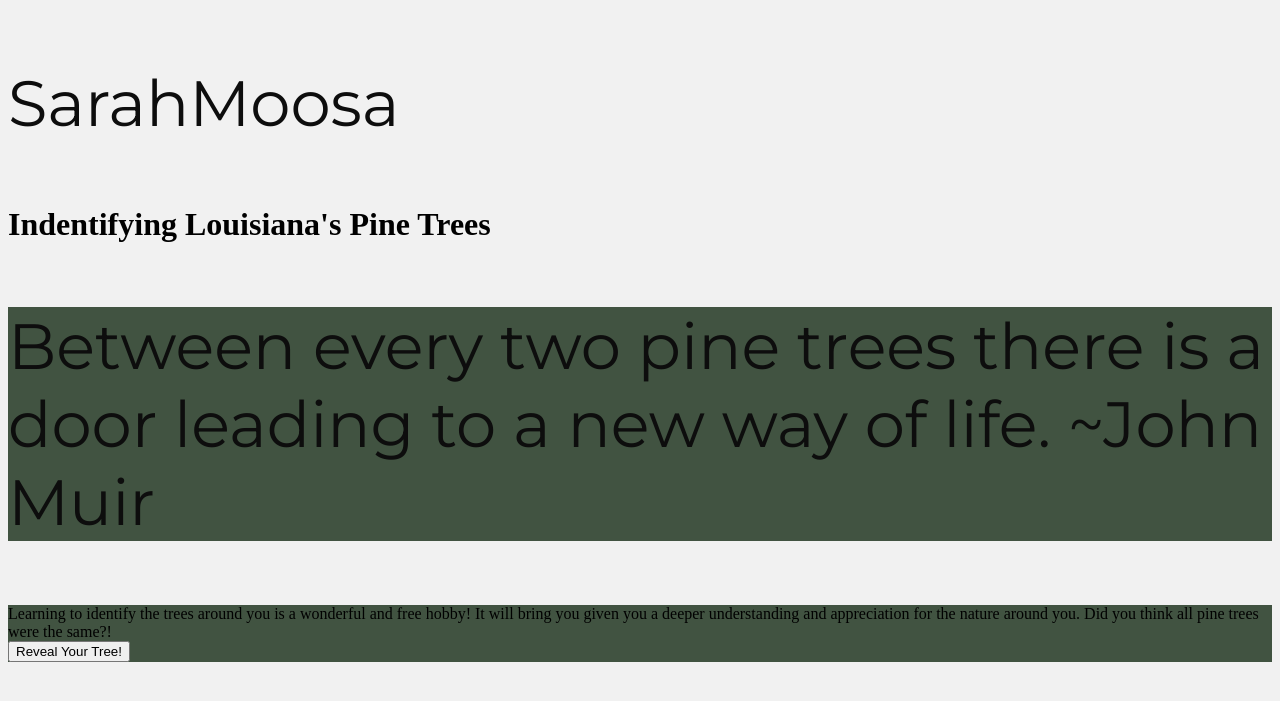
Repository: Sbethm/louisianaPineTrees
Page: pine_main.html
The author's editor kept a copy of each file at every save. The page is drawn from the files as they stood at one save, then again after the next save.
The browser window is 1280 px wide. The pictures show the whole page.
The style sheet was rebuilt from its Sass, Less or Tailwind sources for each picture, by a compiler version that may differ from the author's.

Above is the page before, as saved 2021-09-16 11:28:42.
Not found: CSS/img/forest-pine.jpg

### pine_main.html
<!DOCTYPE html>
<html lang="en">
<head>
    <meta charset="UTF-8">
    <meta http-equiv="X-UA-Compatible" content="IE=edge">
    <meta name="viewport" content="width=device-width, initial-scale=1.0">
    <link rel="preconnect" href="https://fonts.googleapis.com">
    <link rel="preconnect" href="https://fonts.gstatic.com" crossorigin>
    <link href="https://fonts.googleapis.com/css2?family=Architects+Daughter&family=Montserrat:ital,wght@0,400;0,500;0,700;1,400;1,500;1,700&display=swap" rel="stylesheet">
    <!--
        headerFont: 'Architects Daughter', cursive;
        mainFont: 'Montserrat', sans-serif;
    -->
    <link rel="stylesheet" href="./CSS/main.css">
    <title>Louisiana Pine Trees</title>
</head>
<body>
    <header>
        <p>SarahMoosa</p>
    </header>
    <main>
        <h1>Indentifying Louisiana's Pine Trees</h1>
        <div class="intro-container container">
            <p class="float-right quote">Between every two pine trees there is a door leading to a new way of life. ~John Muir</p>
        </div>
        <div class="questions-container container">
            <div class="bg-image call-to-action">Learning to identify the trees around you is a wonderful and free hobby! It will bring you given you a deeper understanding and appreciation for the nature around you. Did you think all pine trees were the same?!</div>
            <section class="question-block">
                <div class="question"></div>
            </section>
            <section class="question-block">
                <div class="question"></div>
            </section>
            <section class="question-block">
                <div class="question"></div>
            </section>
            <section class="question-block">
                <div class="question"></div>
            </section>
            <section class="question-block">
                <div class="question"></div>
            </section>
            <div class="results-btn btn">
                <button>Reveal Your Tree!</button>
            </div>
            <div class="results"></div>
        </div>
    </main>
</body>

### src/scss/main.scss
@import "./variables";


//GLOBAL STYLES
body {
    background-color: #f1f1f1;
}

h1
h2 {
    font-family: $headerFont;
}

p {
    font-family: $mainFont;
    font-size: clamp(1rem, 5vw, 4rem);
    color: $acColorDr;
}

.container {
    background-color: $mainColor;
}

.intro-container {
    background-image: url(./img/forest-pine.jpg);
}
//This code was used to cause grid items to over lap. It worked very well, but I think it is unnecessary and bulkier code than I need for the result that I want.
// .intro-container {
//     display: grid;
//     grid-template-columns: 50% 50%;
//     grid-auto-rows: 100%;

//     & img {
//         grid-column: 1/3;
//         grid-row: 1;
//         display: inline;
//         max-width: 100%;
//         z-index: 1;
//     }

//     & .quote {
//         grid-column: 2/3;
//         grid-row: 1;
//         align-self: center;
//         z-index: 9;
//     }
// }

### src/scss/_variables.scss
//COLORS
$mainColor: hsl(120, 12%, 29%);
$acColorLi: hsl(0, 0%, 29%);
$acColorDr: hsl(0, 0%, 5%);

//FONTS
$headerFont: 'Architects Daughter', cursive;
$mainFont: 'Montserrat', sans-serif;

After the next save:
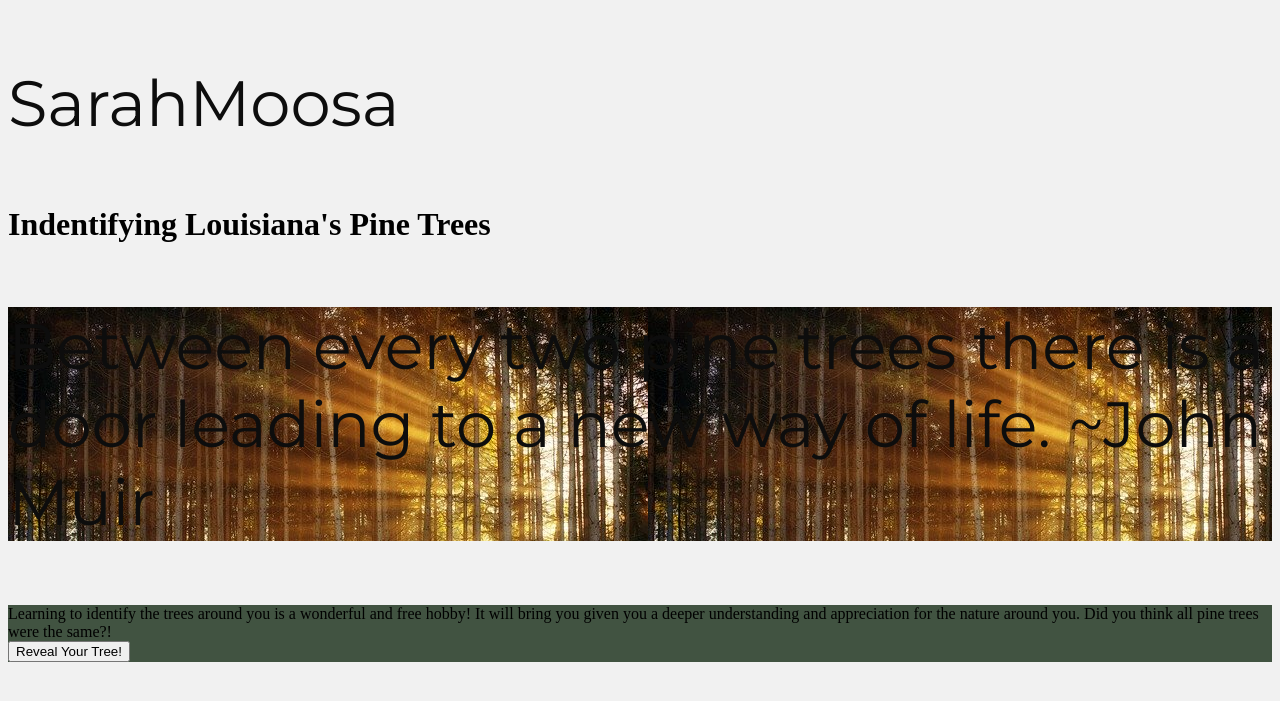
Saved 9 s later.
--- a/src/scss/main.scss
+++ b/src/scss/main.scss
@@ -22,7 +22,7 @@ p {
 }
 
 .intro-container {
-    background-image: url(./img/forest-pine.jpg);
+    background-image: url(../img/forest-pine.jpg);
 }
 //This code was used to cause grid items to over lap. It worked very well, but I think it is unnecessary and bulkier code than I need for the result that I want.
 // .intro-container {
